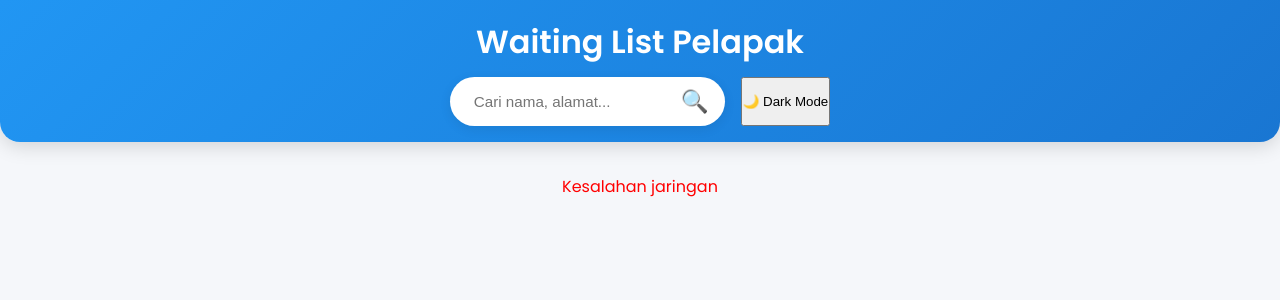
Repository: pasarrakyatbak/WaitingListforPanitia
Page: index.html
The author's editor kept a copy of each file at every save. The page is drawn from the files as they stood at one save, then again after a run of saves.
The browser window is 1280 px wide. The pictures show the whole page.
The page's requests for data from a server got no answer.

Above is the page before, as saved 2025-09-25 16:31:18.

After the next 2 saves:
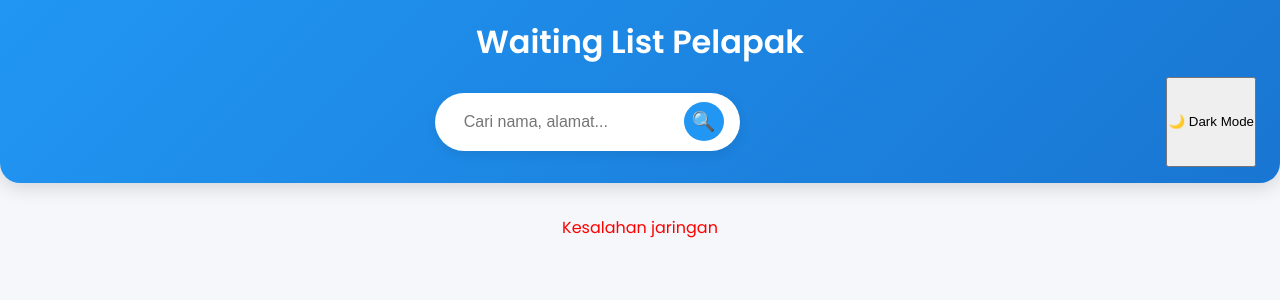
The 2 saves are shown as one change because they came seconds apart.
The last was saved 106 s later.
--- a/style.css
+++ b/style.css
@@ -57,41 +57,92 @@ body.dark .app-bar {
 }
 
 /* Search */
+/* 🔍 Search Container */
 .search-container {
     display: flex;
     align-items: center;
     background: #fff;
-    border-radius: 50px;
-    padding: 0.5rem 1rem;
-    box-shadow: 0 3px 12px rgba(0, 0, 0, 0.08);
+    border-radius: 40px;
+    padding: 0.6rem 1rem;
+    box-shadow: 0 4px 12px rgba(0, 0, 0, 0.08);
     transition: all 0.3s ease;
+    max-width: 500px;
+    margin: 1rem auto;
 }
 
 .search-container:focus-within {
-    box-shadow: 0 4px 16px rgba(33, 150, 243, 0.4);
+    box-shadow: 0 6px 16px rgba(33, 150, 243, 0.4);
+    transform: translateY(-2px);
 }
 
 .search-container input {
+    flex: 1;
     border: none;
     outline: none;
-    padding: 0.5rem;
-    width: 100%;
-    font-size: 0.95rem;
+    padding: 0.6rem 0.8rem;
+    font-size: 1rem;
     background: transparent;
     color: inherit;
 }
 
 .search-container button {
-    background: transparent;
+    background: #2196f3;
     border: none;
+    color: #fff;
+    font-size: 1.2rem;
+    padding: 0.5rem;
+    border-radius: 50%;
     cursor: pointer;
-    color: #1976d2;
-    font-size: 1.4rem;
-    transition: transform 0.2s;
+    transition: background 0.3s, transform 0.2s;
 }
 
 .search-container button:hover {
-    transform: scale(1.2);
+    background: #1976d2;
+    transform: scale(1.1);
+}
+
+/* 🌙 Dark Mode Toggle Button */
+.dark-toggle {
+    display: flex;
+    align-items: center;
+    justify-content: center;
+    gap: 0.4rem;
+    padding: 0.6rem 1rem;
+    margin: 0.6rem auto;
+    border: none;
+    border-radius: 30px;
+    background: linear-gradient(135deg, #eeeeee, #e0e0e0);
+    color: #333;
+    font-weight: 500;
+    cursor: pointer;
+    box-shadow: 0 3px 8px rgba(0, 0, 0, 0.15);
+    transition: all 0.3s ease;
+}
+
+.dark-toggle:hover {
+    background: linear-gradient(135deg, #e0e0e0, #d5d5d5);
+    transform: translateY(-2px);
+}
+
+/* 🌙 Dark Mode Styling */
+body.dark .search-container {
+    background: #1f1f1f;
+    box-shadow: 0 4px 12px rgba(255, 255, 255, 0.05);
+}
+
+body.dark .search-container button {
+    background: #90caf9;
+    color: #121212;
+}
+
+body.dark .search-container button:hover {
+    background: #64b5f6;
+}
+
+body.dark .dark-toggle {
+    background: linear-gradient(135deg, #2c2c2c, #1e1e1e);
+    color: #e0e0e0;
+    box-shadow: 0 3px 8px rgba(255, 255, 255, 0.05);
 }
 
 /* Loader */
